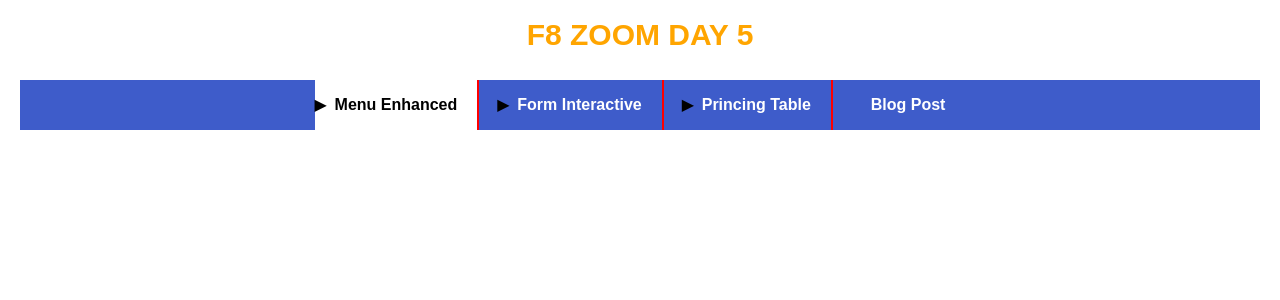
Repository: lannguyen1301/f8-zoom-day-5
Page: index.html
These files come from the project's save history. The page is drawn as it stood at one moment and after a run of saves; the edit follows.
The browser window is 1280 px wide. The pictures show the whole page.

Above is the page before, as saved 2025-04-21 20:06:04.

### index.html
<!DOCTYPE html>
<html lang="en">

<head>
    <meta charset="UTF-8">
    <meta name="viewport" content="width=device-width, initial-scale=1.0">
    <title>F8 ZOOM DAY 5</title>
    <link rel="stylesheet" href="./assets/css/reset.css">
    <link rel="stylesheet" href="./assets/css/style.css">
</head>

<body>
    <div class="inner">
        <h1 class="title-desc">F8 ZOOM DAY 5</h1>
        <nav class="navbar">
            <ul class="navbar__list">
                <li class="navbar__item active">
                    <a href="./menu-enhanced.html" class="navbar__link" target="_blank">Menu Enhanced</a>
                </li>
                <li class="navbar__item">
                    <a href="./form-interactive.html" class="navbar__link" target="_blank">Form Interactive</a>
                </li>
                <li class="navbar__item">
                    <a href="./pricing-table.html" class="navbar__link" target="_blank">Princing Table</a>
                </li>
                <li class="navbar__item">
                    <a href="./blog-post.html" class="navbar__link" target="_blank">Blog Post</a>
                </li>
            </ul>
        </nav>
    </div>
</body>

</html>

### assets/css/style.css
* {
    box-sizing: border-box;
}

html {
    font-size: 62.5%;
}

body {
    font-size: 1.6rem;
    font-family: "poppins", sans-serif;
}

/* common*/
a {
    text-decoration: none;
}

.inner {
    margin: 0 auto;
    padding: 20px;
}

.title-desc {
    font-size: 3rem;
    text-align: center;
    font-weight: 900;
    color: orange;
}

.navbar__list {
    display: flex;
    align-items: center;
    justify-content: center;
    margin-top: 30px;
    background-color: #3e5cca;
}

.navbar__item {
    height: 50px;
}

.navbar__link {
    display: inline-block;
    color: #fff;
    line-height: 50px;
    padding: 0 20px;
    font-weight: 700;
    font-size: 1.6rem;
}

.active,
.navbar__list .navbar__item:hover > .navbar__link {
    background-color: #fff;
    color: #000;
}

.active > a {
    color: #000;
}

.navbar__item .navbar__link:active {
    color: rgb(226, 19, 99) !important;
    background-color: orange !important;
}

.navbar__list .navbar__item:not(:last-child) {
    margin-right: 20px;
}

.navbar__list .navbar__item:not(:last-child)::before {
    content: "\25B6";
    position: absolute;
    display: inline-block;
    /* width: 2px;
    height: 50px; */
    line-height: 50px;
    text-align: center;
    /* background-color: red; */
}

.navbar__list .navbar__item:not(:last-child)::after {
    content: "";
    position: absolute;
    display: inline-block;
    width: 2px;
    height: 50px;
    line-height: 50px;
    text-align: center;
    background-color: red;
}

Loaded but not shown: assets/css/reset.css (common file)

After the next 5 saves:
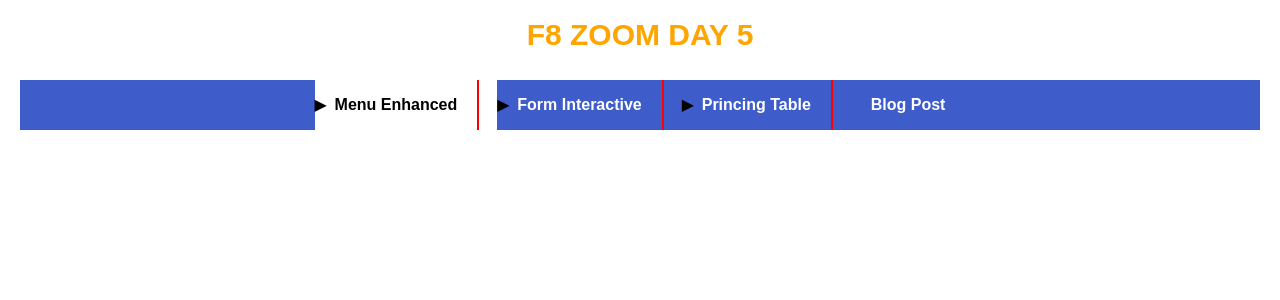
The 5 saves are shown as one change because they came seconds apart.
The last was saved 25 s later.
--- a/assets/css/style.css
+++ b/assets/css/style.css
@@ -65,7 +65,8 @@ a {
 }
 
 .navbar__list .navbar__item:not(:last-child) {
-    margin-right: 20px;
+    /* margin-right: 20px; */
+    padding-right: 20px;
 }
 
 .navbar__list .navbar__item:not(:last-child)::before {
